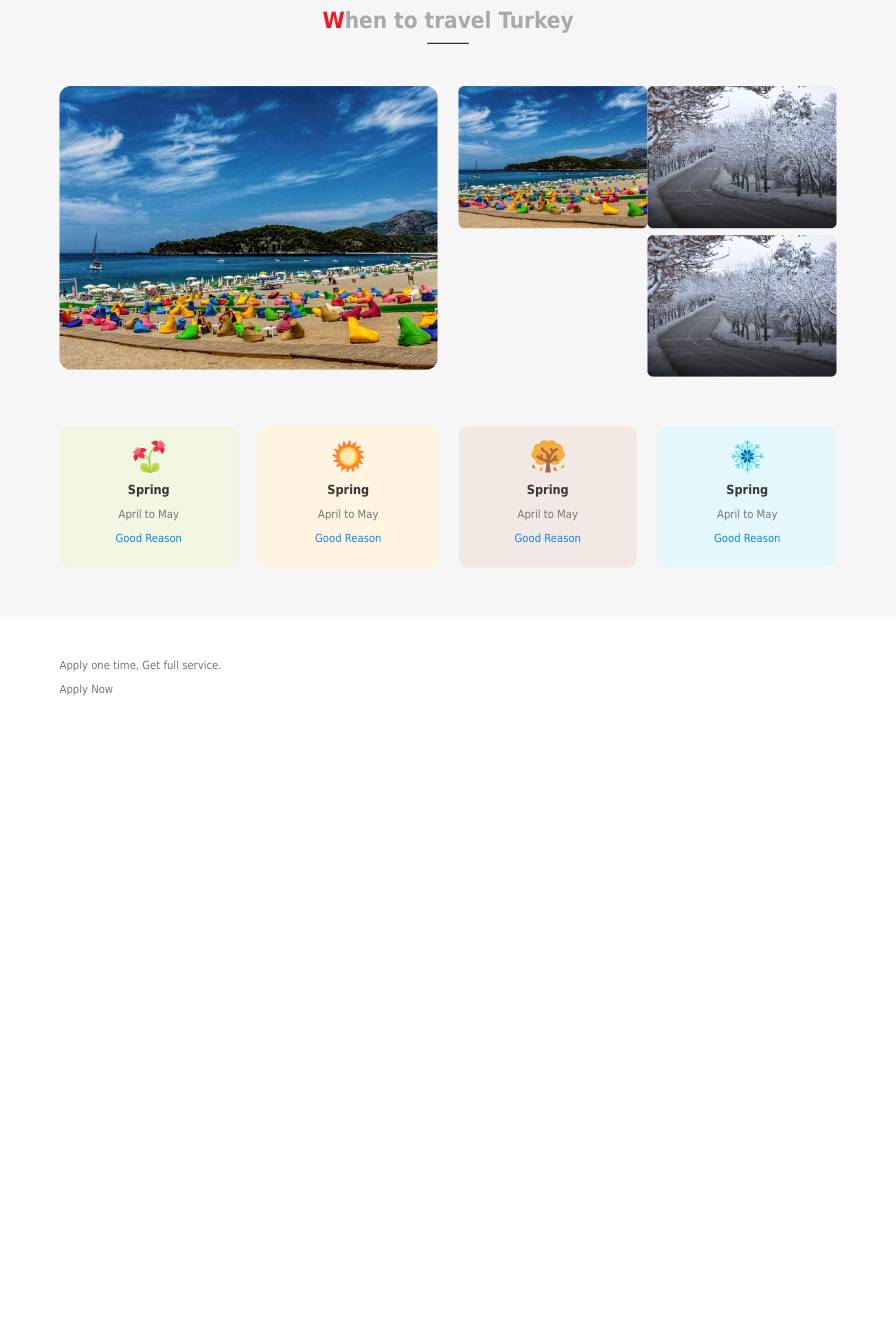
Repository: cvminhquan/turkey
Page: index.html
An editor plug-in stored every save of this project. The page is shown before and after the next save, followed by the edit.
The browser window is 1280 px wide. The pictures show the part of the page from y = 2930 to 4850 px (the page is 30000 px tall), at 70% of full size.
The style sheet was rebuilt from its Sass, Less or Tailwind sources for each picture, by a compiler version that may differ from the author's.

Above is the page before, as saved 2022-09-15 22:36:47.

After the next save:
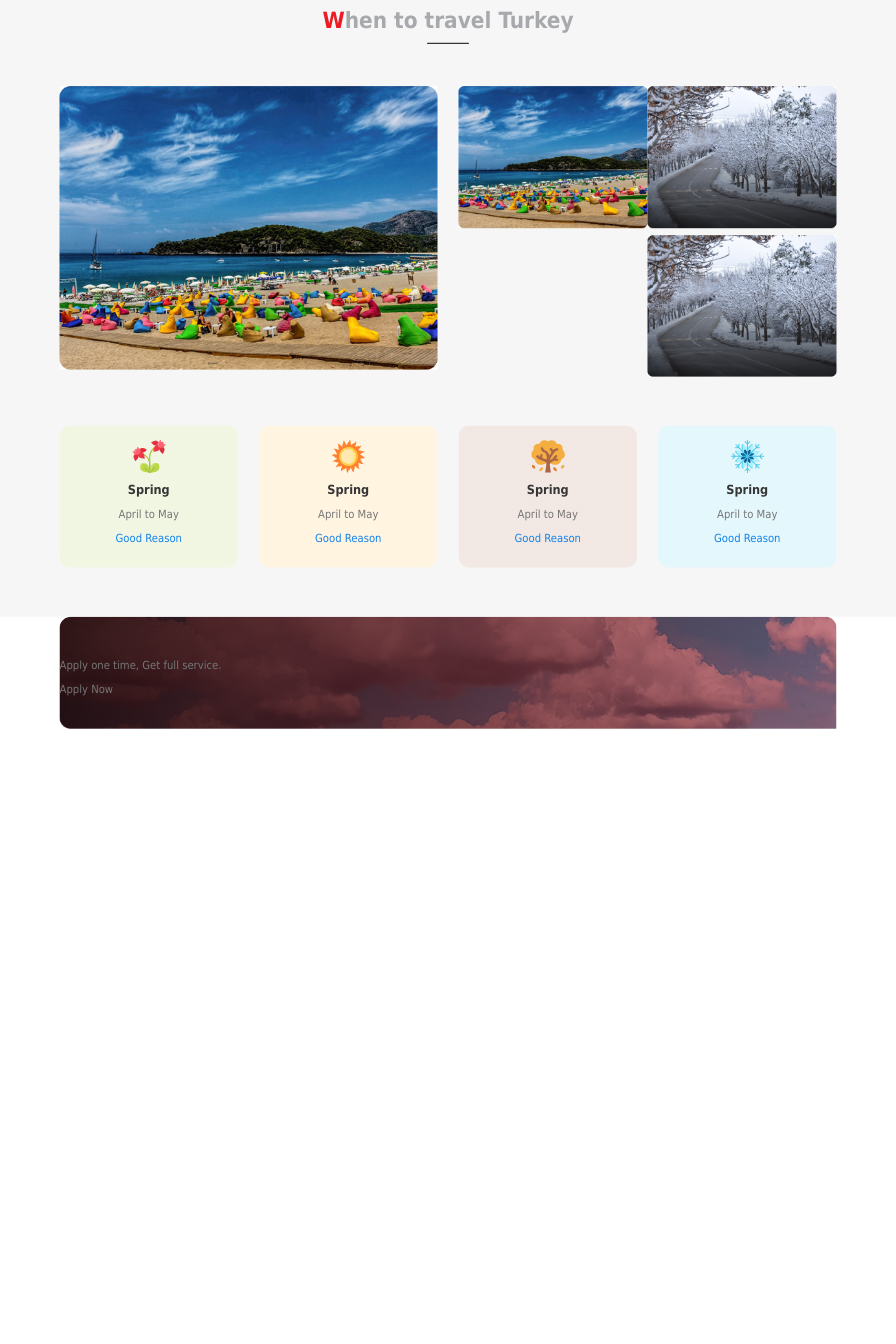
Saved 10 s later.
--- a/scss/main.scss
+++ b/scss/main.scss
@@ -215,5 +215,5 @@ header {}
 //section whychooseus
 .ad-infor {
     padding: 58px 0;
-    // background: url(../images/img-ad.jpg) no-repeat;
-}
+    background: url(../images/img-ad.jpg) no-repeat;
+}
